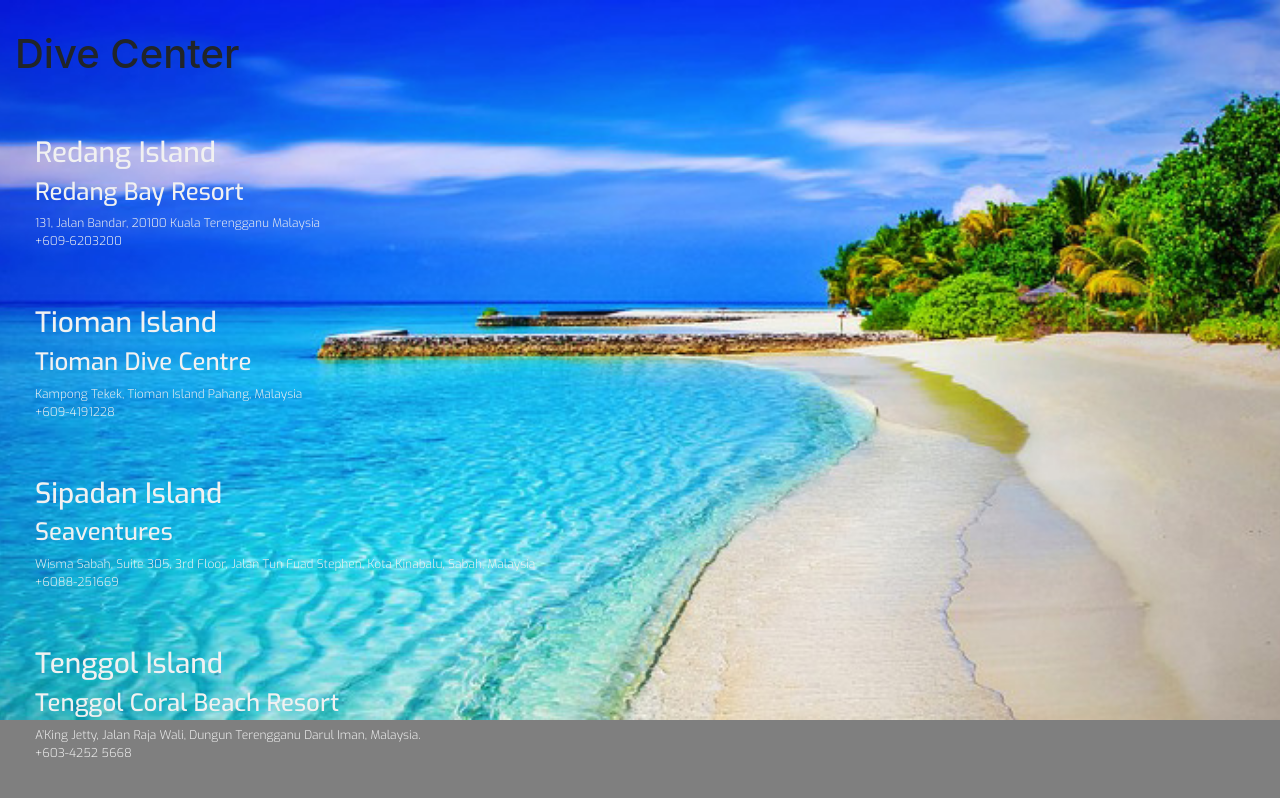
Repository: Code-Institute-Submissions/cathyann-diving.github.io
Page: divecenter.html
The author's editor kept a record of every edit. The page is drawn from the files as they stood at one moment, then again after the next edit.
The browser window is 1280 px wide. The pictures show the whole page.

Above is the page before.

### divecenter.html
<!DOCTYPE html>
<html lang="en">

<head>
    <meta charset="UTF-8">
    <meta name="viewport" content="width=device-width, initial-scale=1.0">
    <meta http-equiv="X-UA-Compatible" content="ie=edge">
    <link rel="stylesheet" href="https://stackpath.bootstrapcdn.com/bootstrap/4.3.1/css/bootstrap.min.css" type="text/css">
    <link rel="stylesheet" href="https://stackpath.bootstrapcdn.com/font-awesome/4.7.0/css/font-awesome.min.css" type="text/css">
    <link rel="stylesheet" href="https://cdnjs.cloudflare.com/ajax/libs/hover.css/2.3.1/css/hover-min.css" type="text/css">
    <link rel="stylesheet" href="assets/css/style.css" type="text/css">
    <title>Diving</title>
</head>

<body>
    <div class="bg-islands"></div>
    <div class="islands-intro row col-12 col-sm-12 col-lg-12">
        <h1>Dive Center</h1>
    </div>

        <div class="dive-center">
            <div class="col-12 col-sm-6 col-lg-6">
                <h3>Redang Island</h3>
                <h4>Redang Bay Resort</h4>
                <p>
                    131, Jalan Bandar, 20100 Kuala Terengganu Malaysia
                    <br>+609-6203200
                </p>
            </div>
        </div>


        <div class="dive-center">
            <div class="col-12 col-sm-6 col-lg-6">
                <h3>Tioman Island</h3>
                <h4>Tioman Dive Centre</h4>
                <p>
                    Kampong Tekek, Tioman Island Pahang, Malaysia<br> +609-4191228
                </p>
            </div>
        </div>


        <div class="dive-center">
            <div class="col-12 col-sm-6 col-lg-6">
                <h3>Sipadan Island</h3>
                <h4>Seaventures</h4>
                <p>Wisma Sabah, Suite 305, 3rd Floor, Jalan Tun Fuad Stephen, Kota Kinabalu, Sabah, Malaysia<br> +6088-251669
                </p>
            </div>
        </div>


        <div class="dive-center">
            <div class="col-12 col-sm-6 col-lg-6">
                <h3>Tenggol Island</h3>
                <h4>Tenggol Coral Beach Resort</h4>
                <p>A’King Jetty, Jalan Raja Wali, Dungun Terengganu Darul Iman, Malaysia.<br>+603-4252 5668</p>
            </div>
        </div>

</body>

</html>

### assets/css/style.css
@import url('https://fonts.googleapis.com/css?family=Roboto:100,200,300,400,500,600,700|Exo:100,200,300,400,500,600,700');

/*--------------------------------------------bg image */

.bg-landing {
    position: fixed;
    background-image: url("../images/jellyfish.jpg");
    display: inline-block;
    background-position: center;
    background-repeat: no-repeat;
    background-size: cover;
    height: 100%;
    width: 100%;
    transition: all .5s ease-in-out;
    -moz-transition: all .5s ease-in-out;
    -webkit-transition: all .5s ease-in-out;
}

.bg-home {
    position: fixed;
    background-image: url("../images/diver.jpg");
    display: inline-block;
    background-position: center;
    background-repeat: no-repeat;
    background-size: cover;
    height: 100%;
    width: 100%;
    transition: all .5s ease-in-out;
    -moz-transition: all .5s ease-in-out;
    -webkit-transition: all .5s ease-in-out;
}

.bg-islands {
    position: fixed;
    background-image: url("../images/beach.jpg");
    display: inline-block;
    background-position: center;
    background-repeat: no-repeat;
    background-size: cover;
    height: 100%;
    width: 100%;
    transition: all .5s ease-in-out;
    -moz-transition: all .5s ease-in-out;
    -webkit-transition: all .5s ease-in-out;
}

.bg-services {
    position: fixed;
    background-image: url("../images/nemo.jpg");
    display: inline-block;
    background-position: center;
    background-repeat: no-repeat;
    background-size: cover;
    height: 100%;
    width: 100%;
    transition: all .5s ease-in-out;
    -moz-transition: all .5s ease-in-out;
    -webkit-transition: all .5s ease-in-out;
}

/*--------------------------------------------btn */

.btn {
    position: absolute;
    top: 50%;
    left: 50%;
    transform: translate(-50%, -50%);
    -ms-transform: translate(-50%, -50%);
    background-color: #6495ed;
    color: #00008B;
    font-size: 16px;
    font-family: "Roboto", sans-serif;
    font-weight: 400;
    padding: 10px 30px;
    border: none;
    border-radius: 5px;
    text-align: center;
}

.btn span {
    display: inline-block;
    position: relative;
    transition: 0.5s;
}

.btn span:after {
    content: '\00bb';
    position: absolute;
    opacity: 0;
    top: 0;
    right: -20px;
    transition: 0.5s;
}

.btn:hover span {
    padding-right: 25px;
}

.btn:hover span:after {
    opacity: 1;
    right: 0;
}

.button {
    margin-top: 5px;
    margin-bottom: 10px;
    color: #008B8B;
    background-color: #00008B;
    padding: 5px 10px;
    border: none;
    font-family: "EXO", sans-serif;
}

.button a {
    text-decoration: none;
}

/*--------------------------------------------navbar */

.navbar {
    background-color: #4682B4;
    top: 0;
    width: 100%;
    padding: 0px;
}

.navbar a {
    display: block;
    color: #fff;
    text-align: center;
    padding: 10px 18px;
    text-decoration: none;
    font-size: 12px;
}

#nav li {
    font-size: 12px;
    padding: 0;
}

#nav {
    margin: 0;
}

.menuitem span {
    display: block;
    width: 100%;
    padding-top: 5px;
    text-align: center;
    text-transform: uppercase;
    font-family: "Roboto", sans-serif;
    font-size: 12px;
    font-weight: 300;
    letter-spacing: 2px;
}

.list-inline-item:not(:last-child) {
    margin: 0;
}

.menucontainer {
    font-size: 0;
}

/*--------------------------------------------Hover.css*/

.hvr-sweep-to-bottom:before {
    background: #008B8B;
    height: 100%;
    color: black;
}


/*--------------------------------------------Content */

.container {
    position: relative;
    max-width: 100%;
    margin: auto;
    height: 50%;
}

.container img {
    vertical-align: middle;
}

.container .content {
    position: absolute;
    background: rgb(0, 0, 0, 0.5);
    color: #f1f1f1;
    font-family: "EXO", sans-serif;
    font-size: 12px;
    font-weight: 300;
    padding: 30px;
}

.containers {
    position: relative;
    margin: auto;
    max-width: 80%;
}

.containers .contents {
    background: rgb(0, 0, 0, 0.5);
    color: #f1f1f1;
    font-family: "EXO", sans-serif;
    font-size: 12px;
    font-weight: 300;
    padding: 20px;
    text-align: justify;
}

.dive-center {
    max-width: 100%;
}

.dive-center {
    background: rgb(0, 0, 0, 0.5);
    color: #f1f1f1;
    font-family: "EXO", sans-serif;
    font-size: 12px;
    font-weight: 300;
    padding: 20px;
    text-align: justify;
}

/*--------------------------------------------Contact Form */

.contact-heading {
    font-family: "Exo", sans-serif;
    font-weight: 300;
    margin-top: 25px;
    margin-bottom: 20px;
}

.center-form {
    padding: 10px;
    margin: 0 auto;
    max-width: 70%;
}

button[type="submit"] {
    margin-top: 30px;
    margin-bottom: 20px;
    color: #fafafa;
    background-color: #4682B4;
}

.form-control {
    border: 1px solid black;
    font-family: inherit;
}

/*--------------------------------------------Title heading */

.islands-intro {
    padding: 30px;
}

After the next edit:
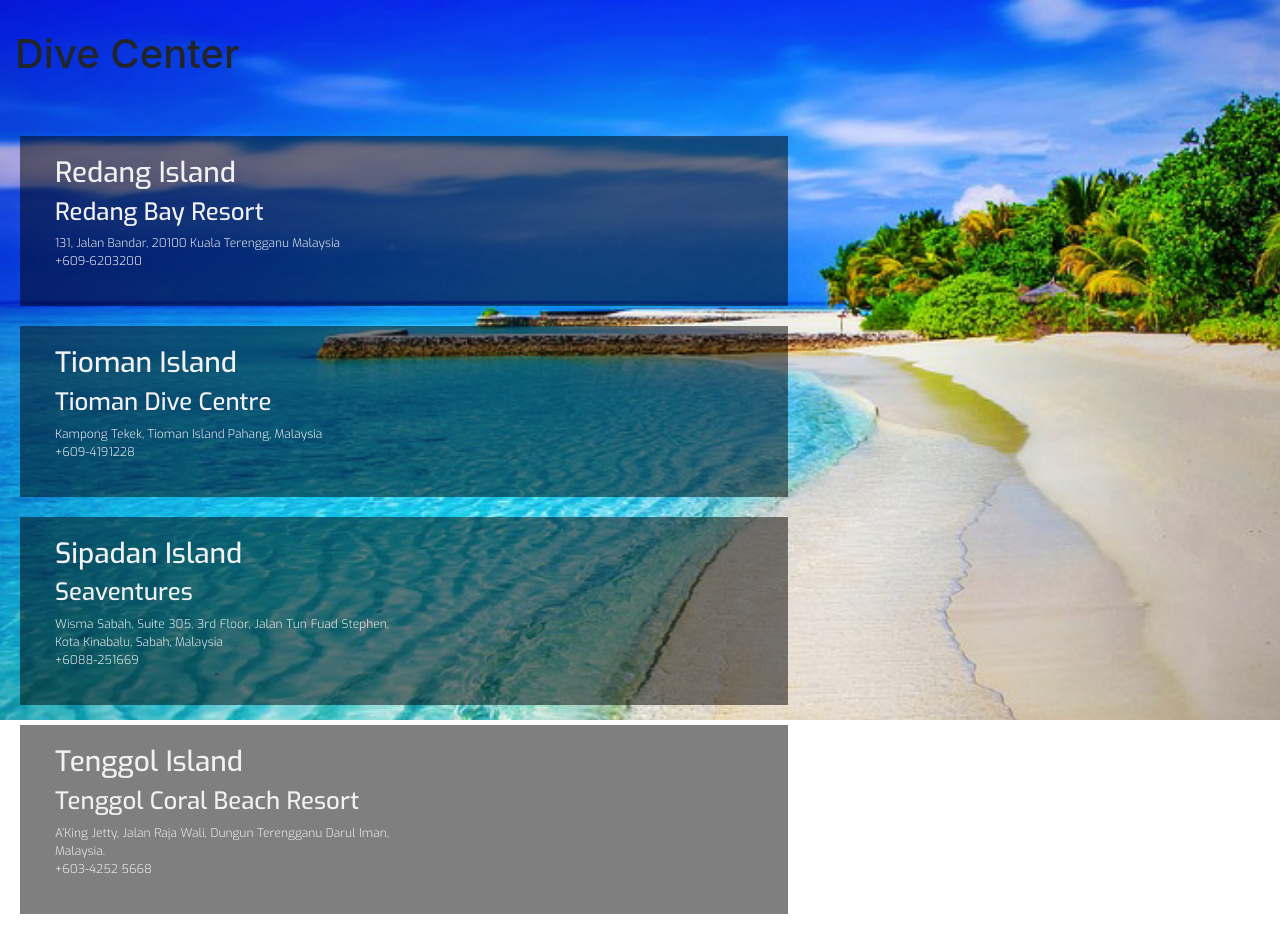
The edit:
--- a/assets/css/style.css
+++ b/assets/css/style.css
@@ -211,10 +211,9 @@
 }
 
 .dive-center {
-    max-width: 100%;
-}
-
-.dive-center {
+    position: relative;
+    max-width: 60%;
+    margin: 20px;
     background: rgb(0, 0, 0, 0.5);
     color: #f1f1f1;
     font-family: "EXO", sans-serif;
